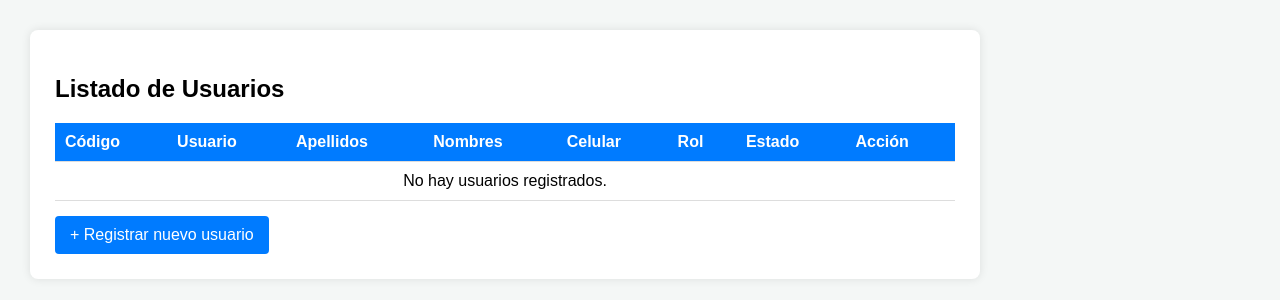
Repository: Santiago1748/ProyectoTallerAutos
Page: http://localhost/TallerMecanico/listUsuarios.jsp
An editor plug-in stored every save of this project. The page is shown before and after the next save, followed by the edit.
The browser window is 1280 px wide. The pictures show the whole page.
The page is served by Tomcat 9. Other server files are loaded and not shown. The template is opened directly, without the code that normally fills it, so the values that code supplies are empty.

Above is the page before, as saved 2026-08-04 05:26:01.

### tallerdeAutos - copia/TallerMecanico/src/main/webapp/listUsuarios.jsp
<%@ page language="java" contentType="text/html; charset=UTF-8" pageEncoding="UTF-8"%>
<%@ page import="java.util.List" %>
<%@ page import="entidad.Usuario" %>
<!DOCTYPE html>
<html>
<head>
<meta charset="UTF-8">
<title>Listado de Usuarios</title>
<style>
    body { font-family: Arial, sans-serif; margin: 30px; background-color: #f4f7f6; }
    .list-container { background: #ffffff; padding: 25px; border-radius: 8px; max-width: 900px; box-shadow: 0px 0px 10px rgba(0,0,0,0.1); }
    table { width: 100%; border-collapse: collapse; margin-top: 15px; }
    th, td { padding: 10px; text-align: left; border-bottom: 1px solid #ddd; }
    th { background-color: #007bff; color: white; }
    tr:hover { background-color: #f1f1f1; }
    .btn-new { display: inline-block; margin-top: 15px; padding: 10px 15px; background-color: #007bff; color: white; text-decoration: none; border-radius: 4px; }
    .btn-new:hover { background-color: #0056b3; }
    .btn-eliminar { color: #dc3545; text-decoration: none; font-weight: bold; }
    .btn-eliminar:hover { text-decoration: underline; }
    .badge-activo { background-color: #d4edda; color: #155724; padding: 3px 8px; border-radius: 4px; font-size: 13px; }
    .badge-inactivo { background-color: #f8d7da; color: #721c24; padding: 3px 8px; border-radius: 4px; font-size: 13px; }
</style>
</head>
<body>

<div class="list-container">
    <h2>Listado de Usuarios</h2>

    <% if(request.getAttribute("mensaje") != null){ %>
        <div class="alert-msg"><%= request.getAttribute("mensaje") %></div>
    <% } %>

    <table>
        <thead>
            <tr>
                <th>Código</th>
                <th>Usuario</th>
                <th>Apellidos</th>
                <th>Nombres</th>
                <th>Celular</th>
                <th>Rol</th>
                <th>Estado</th>
                <th>Acción</th>
            </tr>
        </thead>
        <tbody>
            <%
                List<Usuario> listado = (List<Usuario>) request.getAttribute("listado");
                if(listado != null && !listado.isEmpty()){
                    for(Usuario u : listado){
            %>
            <tr>
                <td><%= u.getCodigo() %></td>
                <td><%= u.getUsuario() %></td>
                <td><%= u.getApellidos() %></td>
                <td><%= u.getNombres() %></td>
                <td><%= u.getCelular() %></td>
                <td><%= u.getId_rol() %></td>
                <td>
                    <% if(u.isEstado()){ %>
                        <span class="badge-activo">Activo</span>
                    <% } else { %>
                        <span class="badge-inactivo">Inactivo</span>
                    <% } %>
                </td>
                <td>
                    <a class="btn-eliminar" href="UsuarioServlet?tipo=eliminar&id=<%= u.getId() %>"
                       onclick="return confirm('¿Seguro que deseas eliminar este usuario?');">Eliminar</a>
                </td>
            </tr>
            <%
                    }
                } else {
            %>
            <tr>
                <td colspan="8" style="text-align:center;">No hay usuarios registrados.</td>
            </tr>
            <%
                }
            %>
        </tbody>
    </table>

    <a href="mantenUsuario.jsp" class="btn-new">+ Registrar nuevo usuario</a>
</div>

</body>
</html>

After the next save:
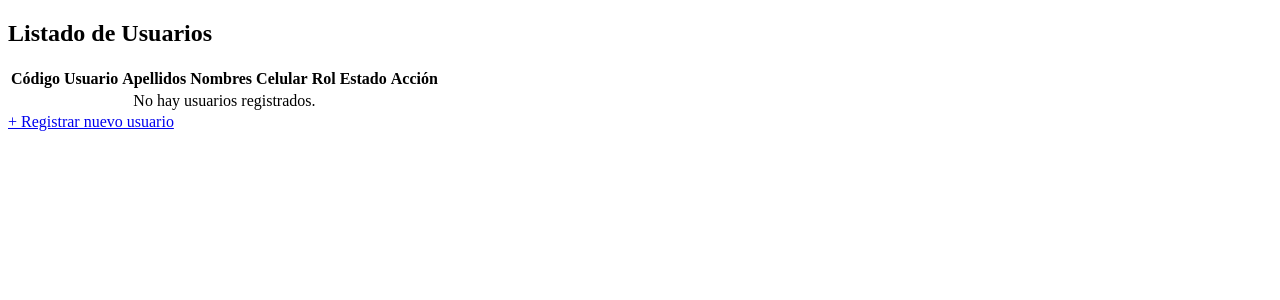
Saved 8 min 35 s later.
--- a/tallerdeAutos - copia/TallerMecanico/src/main/webapp/listUsuarios.jsp
+++ b/tallerdeAutos - copia/TallerMecanico/src/main/webapp/listUsuarios.jsp
@@ -6,20 +6,7 @@
 <head>
 <meta charset="UTF-8">
 <title>Listado de Usuarios</title>
-<style>
-    body { font-family: Arial, sans-serif; margin: 30px; background-color: #f4f7f6; }
-    .list-container { background: #ffffff; padding: 25px; border-radius: 8px; max-width: 900px; box-shadow: 0px 0px 10px rgba(0,0,0,0.1); }
-    table { width: 100%; border-collapse: collapse; margin-top: 15px; }
-    th, td { padding: 10px; text-align: left; border-bottom: 1px solid #ddd; }
-    th { background-color: #007bff; color: white; }
-    tr:hover { background-color: #f1f1f1; }
-    .btn-new { display: inline-block; margin-top: 15px; padding: 10px 15px; background-color: #007bff; color: white; text-decoration: none; border-radius: 4px; }
-    .btn-new:hover { background-color: #0056b3; }
-    .btn-eliminar { color: #dc3545; text-decoration: none; font-weight: bold; }
-    .btn-eliminar:hover { text-decoration: underline; }
-    .badge-activo { background-color: #d4edda; color: #155724; padding: 3px 8px; border-radius: 4px; font-size: 13px; }
-    .badge-inactivo { background-color: #f8d7da; color: #721c24; padding: 3px 8px; border-radius: 4px; font-size: 13px; }
-</style>
+
 </head>
 <body>
 
@@ -81,7 +68,7 @@
         </tbody>
     </table>
 
-    <a href="mantenUsuario.jsp" class="btn-new">+ Registrar nuevo usuario</a>
+    <a href="mantenUsuarios.jsp" class="btn-new">+ Registrar nuevo usuario</a>
 </div>
 
 </body>
